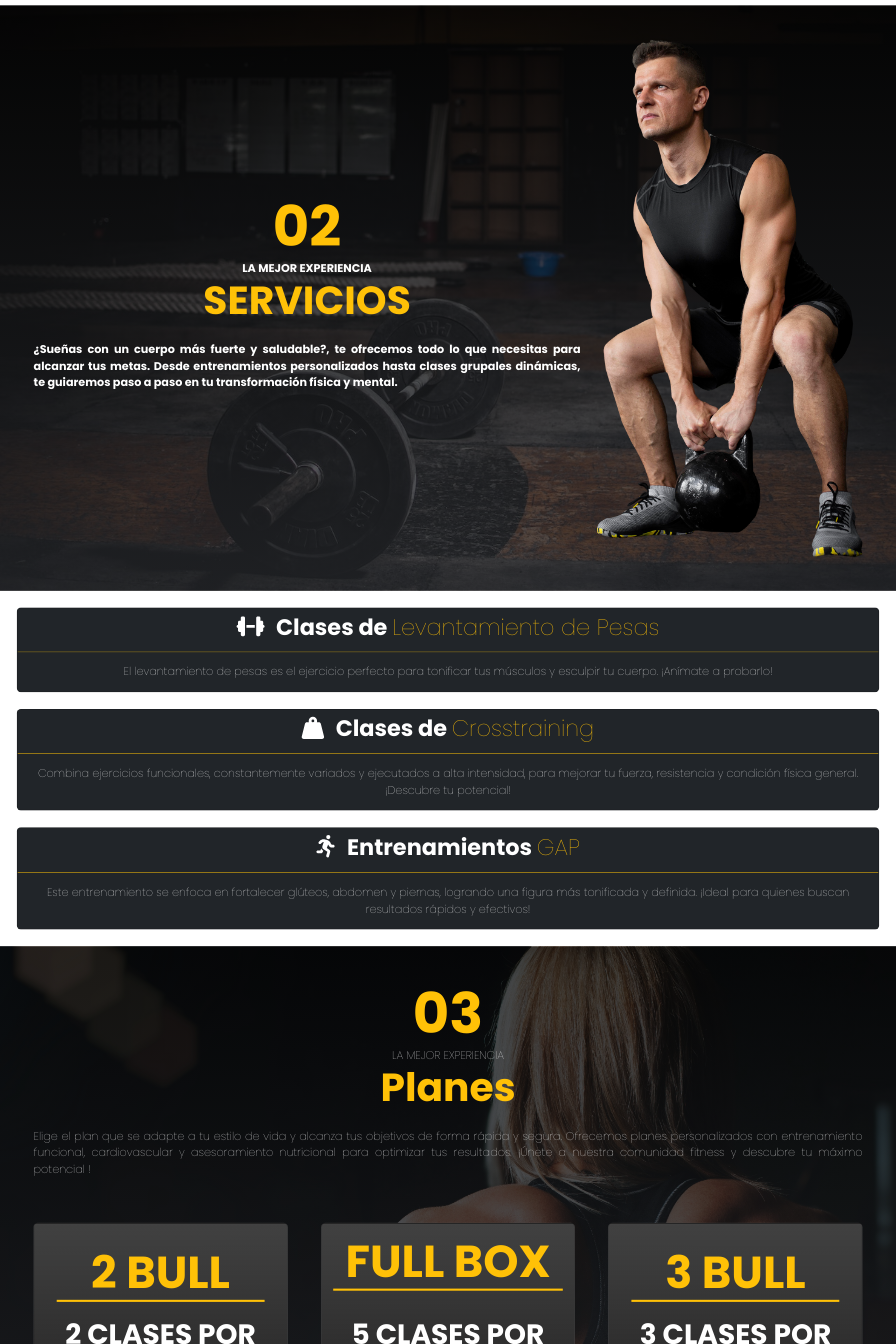
Repository: enjeru13/BullBox
Page: / (app in BullBox/)
These files come from the project's save history. The page is drawn as it stood at one moment and after the next save; the edit follows.
The browser window is 1280 px wide. The pictures show the part of the page from y = 1737 to 3657 px (the page is 4177 px tall), at 70% of full size.
Pictures or frames that could not be fetched are drawn as grey boxes. The project was rebuilt for these pictures with package versions that can differ from the ones it lists, and the page was loaded fresh each time. Also part of the build but not shown: BullBox/vite.config.js, BullBox/src/pages/Registro.jsx, BullBox/src/pages/Login.jsx, BullBox/src/pages/Perfil.jsx, BullBox/src/pages/Tienda.jsx, BullBox/ProtectedRoute.jsx.

Above is the page before, as saved 2024-10-28 12:20:39.

### BullBox/index.html
<!doctype html>
<html lang="en">
  <head>
    <meta charset="UTF-8" />
    <link rel="icon" type="image/svg+xml" href="/vite.svg" />
    <link rel="preconnect" href="https://fonts.googleapis.com">
<link rel="preconnect" href="https://fonts.gstatic.com" crossorigin>
<link href="https://fonts.googleapis.com/css2?family=Poppins:ital,wght@0,100;0,200;0,300;0,400;0,500;0,600;0,700;0,800;0,900;1,100;1,200;1,300;1,400;1,500;1,600;1,700;1,800;1,900&family=Raleway:ital,wght@0,100;0,200;0,300;0,400;0,500;0,600;0,700;0,800;0,900;1,100;1,200;1,300;1,400;1,500;1,600;1,700;1,800;1,900&display=swap" rel="stylesheet">
    <meta name="viewport" content="width=device-width, initial-scale=1.0" />
    <title>Bull Box</title>
  </head>
  <body>
    <div id="root"></div>
    <script type="module" src="/src/main.jsx"></script>
    <script
    src="https://cdn.jsdelivr.net/npm/bootstrap@5.0.2/dist/js/bootstrap.bundle.min.js"
    integrity="sha384-MrcW6ZMFYlzcLA8Nl+NtUVF0sA7MsXsP1UyJoMp4YLEuNSfAP+JcXn/tWtIaxVXM"
    crossorigin="anonymous"
  ></script>
</html>

### BullBox/src/App.jsx
import { BrowserRouter, Routes, Route } from 'react-router-dom'
import { AuthProvider } from './context/AuthContext'
import Header from './components/Header'
import Inicio from './pages/Inicio'
import Registro from './pages/Registro'
import Login from './pages/Login'
import Perfil from './pages/Perfil'
import Tienda from './pages/Tienda'
import ProtectedRoute from '../ProtectedRoute'
import Footer from './components/Footer'

function App() {
  return (
    <AuthProvider>
      <BrowserRouter>
        <Header/>
        <Routes>
          <Route path='/' element={<Inicio />} />

          <Route path='/register' element={<Registro />} />

          <Route path='/login' element={<Login />} />

          <Route path='/tienda' element={<Tienda />} />

          <Route element={<ProtectedRoute/>}>
            <Route path='/profile' element={<Perfil />} />
          </Route>

        </Routes>
        <Footer/>
      </BrowserRouter>
    </AuthProvider>
  )
}

export default App

### BullBox/src/index.css
* {
 margin: 0;
 padding: 0;
 font-family: "Poppins", serif;
 font-optical-sizing: auto;
 font-weight: 100;
 font-style: normal;
}

/* Inicio */

.bg-image {
  background: linear-gradient(rgba(0, 0, 0, 0.717), rgba(36, 38, 42, 0.745)), url("/img/fondo.jpg");
  height: 100vh; /* 100vh = 100% de la altura de la viewport */
  width: 100vw; /* 100vw = 100% del ancho de la viewport */
  background-size: cover; /* Hace que la imagen cubra todo el espacio disponible */
  background-position: center; /* Centra la imagen */
  background-repeat: no-repeat; /* Evita que la imagen se repita */
  justify-content: center;
  align-items: center;
  display: flex;
}

/* Nosotros */

.bg {
  background-color: #dde1e9;
}

.justified-text {
  text-align: justify;
}

/* Servicios */

.bg-image-servicios {
  background: linear-gradient(rgba(0, 0, 0, 0.717), rgba(36, 38, 42, 0.745)), url("/img/fondo-servicios.jpg");
  background-size: cover; /* Hace que la imagen cubra todo el espacio disponible */
  background-position: center; /* Centra la imagen */
  background-repeat: no-repeat; /* Evita que la imagen se repita */
}

/* Planes */

.bg-image-planes {
  background: linear-gradient(rgba(0, 0, 0, 0.717), rgba(36, 38, 42, 0.745)), url("/img/fondo-planes1.jpg");
  background-size: cover; /* Hace que la imagen cubra todo el espacio disponible */
  background-position: center; /* Centra la imagen */
  background-repeat: no-repeat; /* Evita que la imagen se repita */
}

.bg-card {
  background: linear-gradient(rgba(0, 0, 0, 0.745), rgb(18, 17, 17));
}

### BullBox/src/context/AuthContext.jsx
import { createContext, useContext, useState, useEffect } from 'react'
import { registerRequest, loginRequest, verifyTokenRequest } from '../api/auth'
import Cookies from 'js-cookie'

const AuthContext = createContext();

// eslint-disable-next-line react-refresh/only-export-components
export const useAuth = () => {
    const context = useContext(AuthContext)
    if (!context) {
        throw new Error('useAuth deberia estar dentro del Provider')
    }
    return context
}

// eslint-disable-next-line react/prop-types
export const AuthProvider = ({ children }) => {

    const [user, setUser] = useState(null)
    const [isAuthenticated, setIsAuthenticated] = useState(false)
    const [errors, setErrors] = useState([])
    const [loading, setLoading] = useState(true)

    const signUp = async (user) => {
        try {
            const res = await registerRequest(user)
            console.log(res.data)
            setUser(res.data)
            setIsAuthenticated(true)
        } catch (error) {
            console.log(error.response)
            setErrors(error.response.data)
        }
    }

    const signIn = async (user) => {
        try {
            const res = await loginRequest(user)
            console.log(res.data)
            setUser(res.data)
            setIsAuthenticated(true)
        } catch (error) {
            if (Array.isArray(error.response.data)) {
                return setErrors(error.response.data)
            }
            setErrors([error.response.data.message])
        }
    }

    const logOut = () => {
        Cookies.remove('token')
        setIsAuthenticated(false)
        setUser(null)
    }

    // timer de las alertas de errores

    useEffect(() => {
        if (errors.length > 0) {
            const timer = setTimeout(() => {
                setErrors([])
            }, 3000);
            return () => clearTimeout(timer)
        }
    }, [errors])

    useEffect(() => {
        async function checkLogin() {
            const cookies = Cookies.get()

            if (!cookies.token) {
                setIsAuthenticated(false)
                setLoading(false)
                return setUser(null)
            }
            try {
                const res = await verifyTokenRequest(cookies.token)
                if (!res.data) {
                    setIsAuthenticated(false)
                    setLoading(false)
                    return
                }

                setIsAuthenticated(true)
                setUser(res.data)
                setLoading(false)

            } catch (error) {
                console.log(error)
                setIsAuthenticated(false)
                setUser(null)
                setLoading(false)
            }
        }
        checkLogin()
    }, [])

    return (
        <AuthContext.Provider value={{
            signUp,
            signIn,
            logOut,
            loading,
            user,
            isAuthenticated,
            errors,
        }}>
            {children}
        </AuthContext.Provider>
    )
}

export default AuthContext

### BullBox/src/components/Header.jsx
import { Link } from "react-router-dom"
import { useAuth } from '../context/AuthContext'

function Header() {

    const { isAuthenticated, logOut, user } = useAuth()

    return (
        <>
            <nav className="navbar navbar-expand-lg bg-dark border-bottom border-warning p-4 sticky-top">
                <div className="container-fluid">
                    <a className="navbar-brand text-white fs-1 " href='#'>BULL <span className="text-warning">BOX</span></a>
                    <button className="navbar-toggler border-2 border-warning" type="button" data-bs-toggle="collapse" data-bs-target="#navbarNav" aria-controls="navbarNav" aria-expanded="false" aria-label="Toggle navigation">
                        <span className="navbar-toggler-icon"></span>
                    </button>
                    <div className="collapse navbar-collapse " id="navbarNav">
                        <ul className="navbar-nav ms-auto justify-content-center align-items-center">
                            <li className="nav-item">
                                <Link className="nav-link text-white fs-4 active mx-3" aria-current="page" to="/">Inicio</Link>
                            </li>
                            <li className="nav-item">
                                <Link className="nav-link text-white fs-4 mx-3" to="/tienda">Tienda</Link>
                            </li>
                            {isAuthenticated ? (
                                <>
                                    <li className="nav-item">
                                        <Link className="nav-link text-white fs-4 mx-3" to='/profile'>Tu perfil {user.username} </Link>
                                    </li>
                                    <li className="nav-item ">
                                        <Link className="nav-link text-white fs-4 mx-3" to='/' onClick={() => {
                                            logOut()
                                        }}>Cerrar Sesión</Link>
                                    </li>
                                </>
                            ) : (
                                <>
                                    <li className="nav-item">
                                        <Link className="nav-link text-white fs-4 mx-3" to="/login">Inicia Sesión</Link>
                                    </li>
                                </>)}
                        </ul>
                    </div >
                </div >
            </nav >
        </>
    )
}

export default Header

### BullBox/src/pages/Inicio.jsx
import { FontAwesomeIcon } from '@fortawesome/react-fontawesome';
import { faLocationPin, faDumbbell, faPersonRunning, faWeightHanging } from '@fortawesome/free-solid-svg-icons';
import nosotros from '/img/nosotros.png'
import servicios from '/img/servicios.png'
import QRvzla from '/img/QRvzla.jpg'
import Mapa from '../components/Mapa'

function Inicio() {
    return (
        <>
            {/* Inicio */}

            <section className="bg-image text-center text-white fw-bold">
                <div className=''>
                    <h2 className='fw-bold display-4'>HAZ QUE <span className='text-warning'>OCURRA</span></h2>
                    <h5 className=''>Triunfar es mas facil de lo que piensas !</h5>
                    <hr className='text-warning' />
                    <h2 className='fw-bold display-4'>ENTRENA <span className='text-warning'>GRATIS HOY ! </span> </h2>
                    <h5 className=''>Primera Clase Gratis !</h5>
                </div>
            </section>

            {/* Nosotros */}

            <section className='container fw-bold p-5'>
                <div className='row justify-content-center align-items-center'>
                    <div className='col-md-4'>
                        <img className='img-fluid' src={nosotros} />
                    </div>
                    <div className='col-md-8 my-4 text-center'>
                        <div className='text-warning fw-bold display-1'>
                            01
                        </div>
                        <span className='fw-bold'>LA MEJOR EXPERIENCIA</span>
                        <h1 className='text-warning fw-bold display-4'>NOSOTROS</h1>
                        <p className='justified-text pt-3 fw-bold'> Creemos en el poder del movimiento y en el potencial ilimitado de cada persona. Nuestro equipo de expertos te guiará en cada paso del camino, diseñando planes de entrenamiento personalizados para ayudarte a alcanzar tus metas. </p>
                    </div>
                </div>
                <div >
                    <h1 className='text-center pt-3 pb-3 text-warning fw-bold'>Nuestra ubicacion</h1>
                    <Mapa />
                </div>
                <div>
                    <h3 className='text-center pt-4 fw-bold'> <FontAwesomeIcon className='text-warning me-2' icon={faLocationPin} />Barrio Obrero Calle 15 entre Carreras 21 y 22</h3>
                </div>
            </section>

            {/* Servicios */}

            <section className='bg-image-servicios fw-bold p-5 text-center text-white'>
                <div className='row justify-content-center align-items-center'>
                    <div className='col-md-8 my-4 text-center'>
                        <div className='text-warning fw-bold display-1'>
                            02
                        </div>
                        <span className='fw-bold'>LA MEJOR EXPERIENCIA</span>
                        <h2 className='text-warning fw-bold display-4'>SERVICIOS</h2>
                        <p className='justified-text pt-3 fw-bold'> ¿Sueñas con un cuerpo más fuerte y saludable?, te ofrecemos todo lo que necesitas para alcanzar tus metas. Desde entrenamientos personalizados hasta clases grupales dinámicas, te guiaremos paso a paso en tu transformación física y mental. </p>
                    </div>
                    <div className='col-md-4'>
                        <img className='img-fluid' src={servicios} />
                    </div>
                </div>
            </section>

            <div className="card text-center m-4 fw-bold bg-dark text-white">
                <div className="card-header border-warning">
                    <h2 className="text-center fw-bold"><i className='me-3'><FontAwesomeIcon icon={faDumbbell} /></i>Clases de <span className='text-warning'>Levantamiento de Pesas</span></h2>
                </div>
                <div className="card-body">
                    <p className="card-text text-center">El levantamiento de pesas es el ejercicio perfecto para tonificar tus músculos y esculpir tu cuerpo. ¡Anímate a probarlo!</p>
                </div>
            </div>

            <div className="card text-center m-4 fw-bold bg-dark text-white">
                <div className="card-header border-warning">
                    <h2 className=" fw-bold card-title text-center"><i className='me-3'><FontAwesomeIcon icon={faWeightHanging} /></i>Clases de <span className='text-warning'>Crosstraining</span></h2>
                </div>
                <div className="card-body">
                    <p className="card-text text-center">Combina ejercicios funcionales, constantemente variados y ejecutados a alta intensidad, para mejorar tu fuerza, resistencia y condición física general. ¡Descubre tu potencial!</p>
                </div>
            </div>

            <div className="card text-center m-4 fw-bold bg-dark text-white">
                <div className="card-header border-warning">
                    <h2 className=" fw-bold card-title text-center"><i className='me-3'><FontAwesomeIcon icon={faPersonRunning} /></i>Entrenamientos <span className='text-warning'>GAP</span></h2>
                </div>
                <div className="card-body">
                    <p className="card-text text-center ">Este entrenamiento se enfoca en fortalecer glúteos, abdomen y piernas, logrando una figura más tonificada y definida. ¡Ideal para quienes buscan resultados rápidos y efectivos!</p>
                </div>
            </div>

            {/* Planes */}

            <section className='bg-image-planes fw-bold p-5 text-center text-white'>
                <div className=''>
                    <div className='text-warning fw-bold display-1'>
                        03
                    </div>
                    <span>LA MEJOR EXPERIENCIA</span>
                    <h2 className='text-warning fw-bold display-4'>Planes</h2>
                </div>
                <p className='justified-text pt-3'>Elige el plan que se adapte a tu estilo de vida y alcanza tus objetivos de forma rápida y segura. Ofrecemos planes personalizados con entrenamiento funcional, cardiovascular y asesoramiento nutricional para optimizar tus resultados. ¡Únete a nuestra comunidad fitness y descubre tu máximo potencial ! </p>
                <div className="row row-cols-1 row-cols-md-3 g-5 pt-5">
                    <div className="col">
                        <div className="bg-card card h-100">
                            <div className="card-body">
                                <h5 className="card-title text-center text-warning display-3 fw-bold m-3 border-bottom border-3 border-warning">2 BULL</h5>
                                <p className="card-text text-center text-white fs-1 fw-bold">2 CLASES POR SEMANA</p>
                                <br />
                                <p className='text-center fs-1 text-warning fw-bold'>12$</p>
                                <p className='text-center text-white fs-1 fw-bold'>MENSUAL</p>
                            </div>
                        </div>
                    </div>
                    <div className="col">
                        <div className="bg-card card h-100">
                            <div className="card-body">
                                <h5 className="card-title text-center text-warning display-3 fw-bold border-bottom border-3 border-warning">FULL BOX</h5>
                                <br />
                                <p className="card-text text-center text-white fs-1 fw-bold ">5 CLASES POR SEMANA</p>
                                <br />
                                <p className='text-center fs-1 text-warning fw-bold'>20$</p>
                                <p className='text-center text-white fs-1 fw-bold'>MENSUAL</p>
                            </div>
                        </div>
                    </div>
                    <div className="col">
                        <div className="bg-card card h-100">
                            <div className="card-body">
                                <h5 className="card-title text-center text-warning display-3 fw-bold m-3 border-bottom border-3 border-warning">3 BULL</h5>
                                <p className="card-text text-center text-white fs-1 fw-bold">3 CLASES POR SEMANA</p>
                                <br />
                                <p className='text-center fs-1 text-warning fw-bold'>15$</p>
                                <p className='text-center text-white fs-1 fw-bold'>MENSUAL</p>
                            </div>
                        </div>
                    </div>
                    <div className='container-fluid h-100 d-flex flex-column justify-content-center align-items-center pt-5'>
                        <button type="button" className="btn btn-warning fw-bold fs-4" data-bs-toggle="modal" data-bs-target="#staticBackdrop">
                            Metodos de Pago
                        </button>
                    </div>
                    <div className="modal fade" id="staticBackdrop" data-bs-backdrop="static" data-bs-keyboard="false" tabIndex="-1" aria-labelledby="staticBackdropLabel" aria-hidden="true">
                        <div className="modal-dialog">
                            <div className="modal-content bg-dark">
                                <div className="modal-header">
                                    <h1 className="modal-title text-warning fs-4" id="staticBackdropLabel">Métodos de Pago</h1>
                                    <button type="button" className="btn-close" data-bs-dismiss="modal" aria-label="Close"></button>
                                </div>
                                <div className="modal-dialog modal-dialog-scrollable text-warning fs-5">
                                    Utiliza el método de pago que mejor se adapte a ti!
                                </div>
                                <p className='text-warning text-center fs-5'>QR Banco de Venezuela</p>
                                <img src={QRvzla} alt="QR banco de Venezuela" />
                                <p className='text-warning text-center fs-5 pt-3'>QR Banco de Venezuela</p>
                                <img src={QRvzla} alt="" />
                                <p className='text-warning text-center fs-5'>QR Banco de Venezuela</p>
                                <img src={QRvzla} alt="" />
                            </div>
                        </div>
                    </div>
                </div>
            </section>
            {/* <Footer /> */}
        </>

    )
}

export default Inicio

### BullBox/src/components/Footer.jsx
import { FontAwesomeIcon } from '@fortawesome/react-fontawesome';
import { faWhatsapp, faFacebook, faInstagram } from '@fortawesome/free-brands-svg-icons';

function Footer() {
    return (
        <div className='d-flex flex-column align-items-center text-center bg-dark border-top border-warning container-fluid p-1'>
            <h5 className='text-white'>2024 - BULL <span className='text-warning'>BOX</span> Todos los Derechos Reservados</h5>
            <div className="d-flex justify-content-center">
                <div className="nav-item">
                    <a className="nav-link text-white fs-2" href="#"><FontAwesomeIcon icon={faWhatsapp} /></a>
                </div>
                <div className="nav-item">
                    <a className="nav-link text-white fs-2 ms-5" href="#"><FontAwesomeIcon icon={faFacebook} /></a>
                </div>
                <div className="nav-item">
                    <a className="nav-link text-white fs-2 ms-5" href="#"><FontAwesomeIcon icon={faInstagram} /></a>
                </div>
            </div>
        </div>
    )
}

export default Footer

### BullBox/src/api/auth.js
import axios from "./axios";

export const registerRequest = (user) => axios.post(`/register`, user);

export const loginRequest = (user) => axios.post(`/login`, user);

export const verifyTokenRequest = () => axios.get(`/verify`);

### BullBox/src/components/Mapa.jsx
import { MapContainer, TileLayer, Marker, Popup } from 'react-leaflet'
import 'leaflet/dist/leaflet.css'
import './Mapa.css'


const Mapa = () => {
    return (

        <div className='container-fluid'>
            <MapContainer center={{ lat: '7.7819182', lng: '-72.2228125' }} zoom={16}>
                <TileLayer url='https://tile.openstreetmap.org/{z}/{x}/{y}.png'
                    attribution='&copy; <a href="http://www.openstreetmap.org/copyright">OpenStreetMap</a>' />
                <Marker position={{ lat: '7.7819182', lng: '-72.2228125' }}>
                    <Popup>
                        Ubicacion de BULL BOX
                    </Popup>
                </Marker>
            </MapContainer>
        </div>
    )
}

export default Mapa

### BullBox/src/api/axios.js
import axios from "axios";

const instance = axios.create({
    baseURL: 'http://localhost:3000/api',
    withCredentials: true
})

export default instance

### BullBox/src/components/Mapa.css
.leaflet-container {
    width: 100%;
    height: 300px;
    background: #000;
}

Loaded but not shown: BullBox/src/main.jsx (common file)

After the next save:
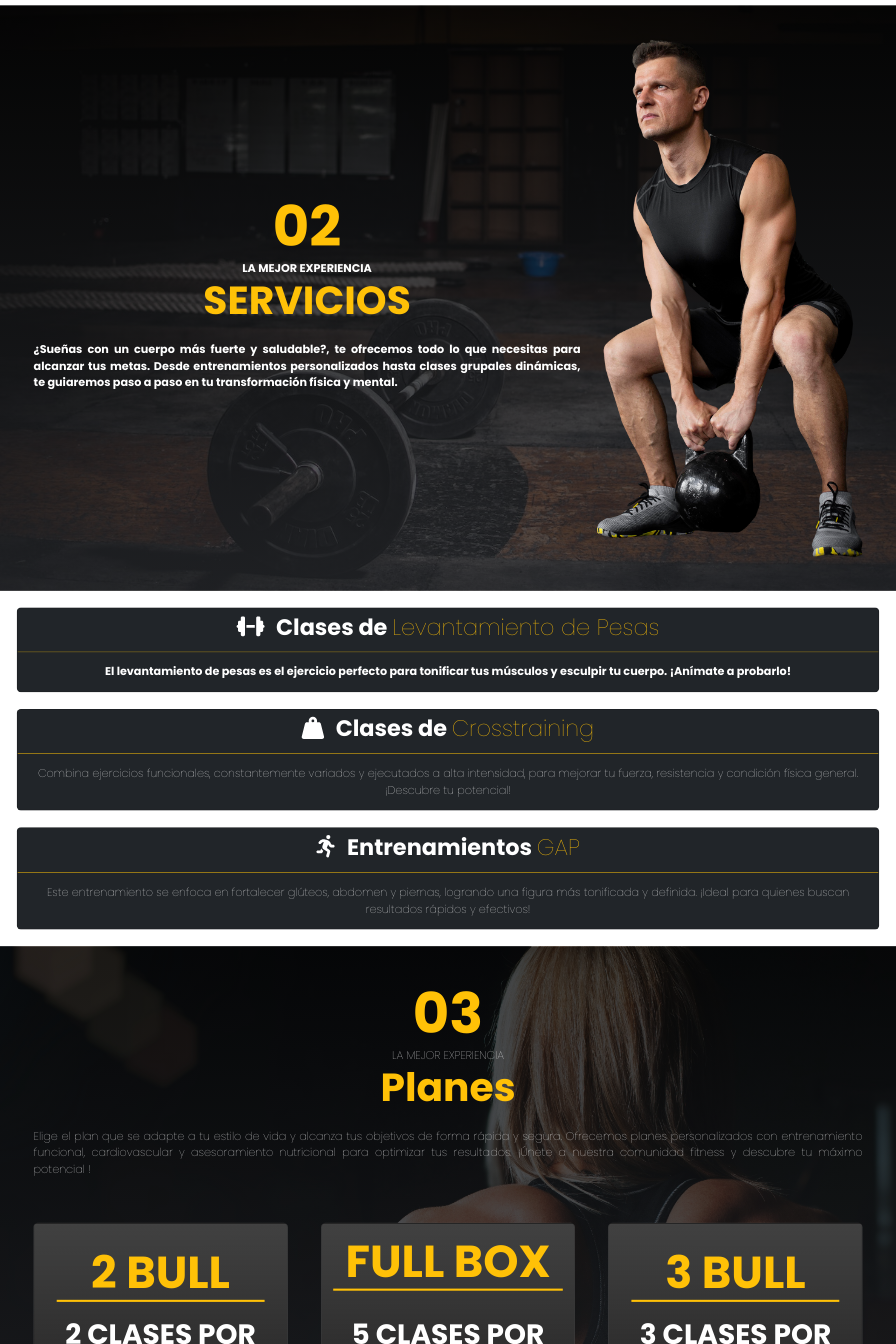
Saved 12 s later.
--- a/BullBox/src/pages/Inicio.jsx
+++ b/BullBox/src/pages/Inicio.jsx
@@ -68,7 +68,7 @@ function Inicio() {
                     <h2 className="text-center fw-bold"><i className='me-3'><FontAwesomeIcon icon={faDumbbell} /></i>Clases de <span className='text-warning'>Levantamiento de Pesas</span></h2>
                 </div>
                 <div className="card-body">
-                    <p className="card-text text-center">El levantamiento de pesas es el ejercicio perfecto para tonificar tus músculos y esculpir tu cuerpo. ¡Anímate a probarlo!</p>
+                    <p className="card-text text-center fw-bold">El levantamiento de pesas es el ejercicio perfecto para tonificar tus músculos y esculpir tu cuerpo. ¡Anímate a probarlo!</p>
                 </div>
             </div>
 
